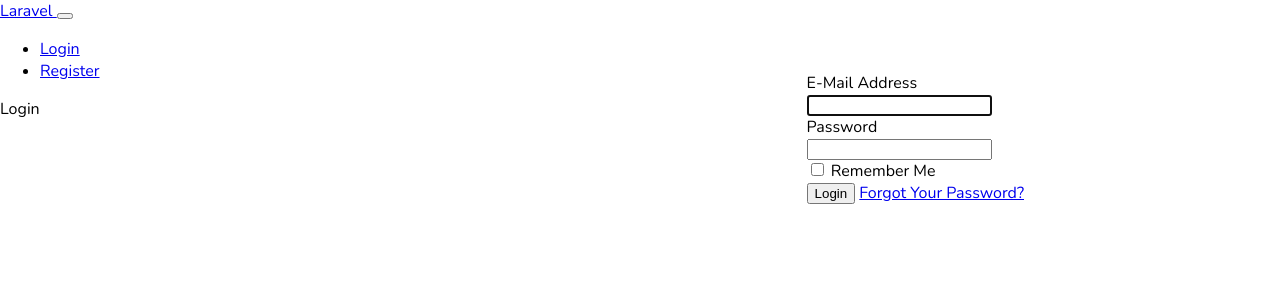
Repository: PatryxB/libraryBook
Page: http://localhost/login
The author's editor kept a copy of each file at every save. The page is drawn from the files as they stood at one save, then again after the next save.
The browser window is 1280 px wide. The pictures show the whole page.
The page is served by the project's Laravel application, run on PHP 8.4 with Laravel 8. Style sheets and scripts are compiled from the project's sources, by tool versions that may differ from the author's.

Above is the page before, as saved 2020-05-14 13:41:24.

After the next save:
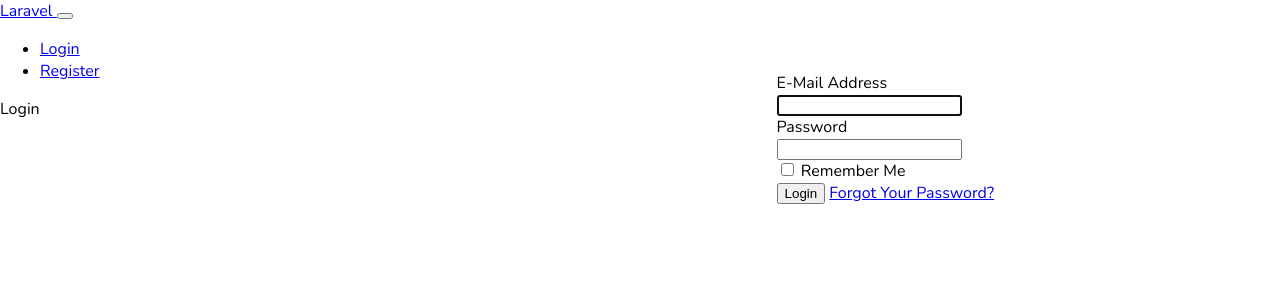
Saved 28 s later.
--- a/resources/sass/app.scss
+++ b/resources/sass/app.scss
@@ -28,5 +28,7 @@ form{
     top: 10%;
     right: 20%;
     background-color: white;
-    padding-bottom: 20px;
+    padding: 30px;
+    padding-top: 0;
+
 }
